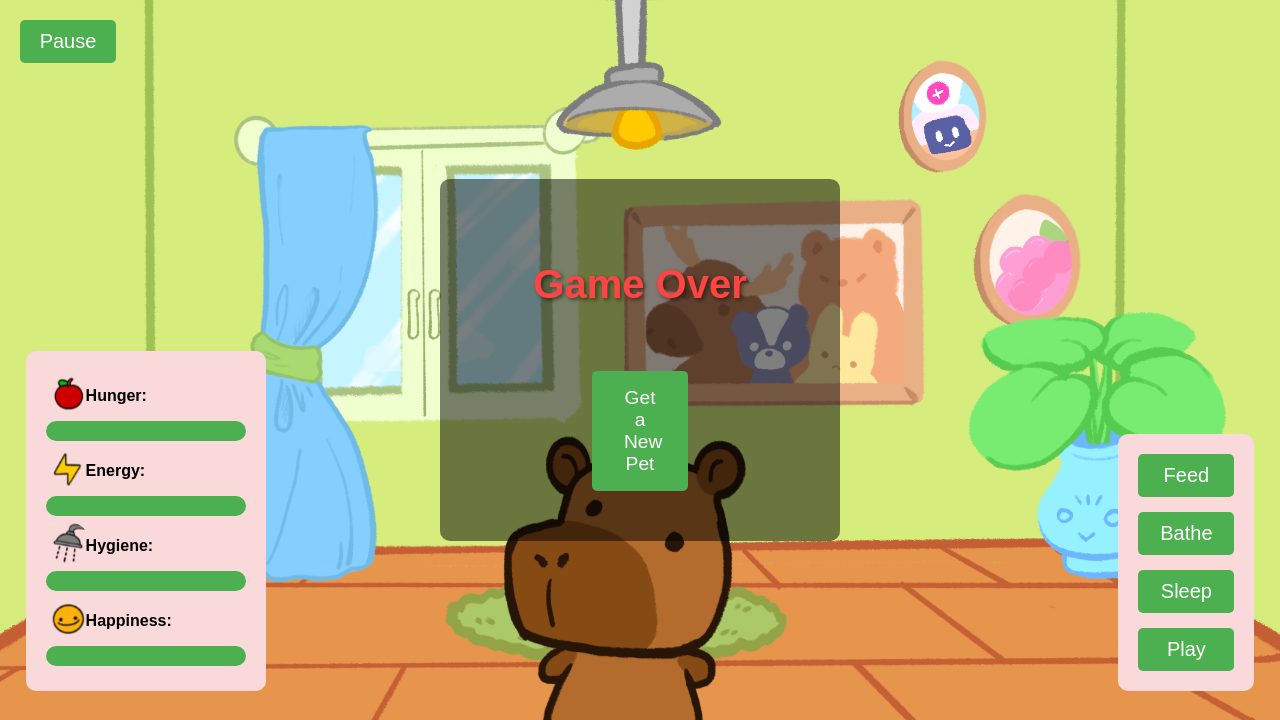
Repository: sarahjx/CapyCare
Page: html/index.html
The author's editor kept a copy of each file at every save. The page is drawn from the files as they stood at one save, then again after the next save.
The browser window is 1280 px wide. The pictures show the whole page.
Some web fonts or font styles are not loaded; a fallback is used.

Above is the page before, as saved 2025-05-01 14:52:22.
Console error: TypeError: Cannot set properties of null (setting 'innerText')

### html/index.html
<!-- @format -->

<!DOCTYPE html>
<html lang="en">
  <head>
    <meta charset="UTF-8" />
    <meta name="viewport" content="width=device-width, initial-scale=1.0" />
    <title>Virtual Pet Game</title>
    <link rel="preconnect" href="https://fonts.googleapis.com">
    <link rel="preconnect" href="https://fonts.gstatic.com" crossorigin>
    <link href="https://fonts.googleapis.com/css2?family=McLaren&display=swap" rel="stylesheet">
    <link rel="stylesheet" href="../css/statusbar.css" />
  </head>
  <body>

    <div class="pet-container">
      <img class="pet-image" src="../images/capybara.png" alt="capybara" />
    </div>

    <div class="status-bar-container">

      <div class="status-bar">
        <div class="status-icon-container">
        <span class="hunger-icon"><img src="../images/hunger.svg" alt="hunger icon"></span>
        <span class="status-label">Hunger:</span>
        </div>
        <div class="status-progress">
          <div id="hunger-fill" class="status-fill"></div>
        </div>
        <div id="hunger-warning" class="warning"></div>
      </div>

      <div class="status-bar">
        <div class="status-icon-container">
        <span class="energy-icon"><img src="../images/energy.svg" alt="energy icon"></span>
        <span class="status-label">Energy:</span>
        </div>
        <div class="status-progress">
          <div id="energy-fill" class="status-fill"></div>
        </div>
        <div id="energy-warning" class="warning"></div>
      </div>

      <div class="status-bar">
        <div class="status-icon-container">
        <span class="hygiene-icon"><img src="../images/hygiene.svg" alt="hygiene icon"></span>
        <span class="status-label">Hygiene:</span>
        </div>
        <div class="status-progress">
          <div id="hygiene-fill" class="status-fill"></div>
        </div>
        <div id="hygiene-warning" class="warning"></div>
      </div>

      <div class="status-bar">
        <div class="status-icon-container">
        <span class="happiness-icon"><img src="../images/happiness.svg" alt="hygiene icon"></span>
        <span class="status-label">Happiness:</span>
        </div>
        <div class="status-progress">
          <div id="happiness-fill" class="status-fill"></div>
        </div>
        <div id="happiness-warning" class="warning"></div>
      </div>
    </div>

      <div class="action-buttons">
        <button onclick="feedPet(currentPet)">Feed</button>
        <button onclick="bathePet(currentPet)">Bathe</button>
        <button onclick="bedtime(currentPet)">Sleep</button>
        <button onclick="touchPet(currentPet)">Play</button>
      </div>
      <button id="pauseButton" onclick="togglePause()" class="pause-button">
        Pause
      </button>
    </div>

    <div id="gameOverScreen" class="game-over-screen">
      <div class="game-over-content">
        <h2>Game Over</h2>
        <p id="gameOverMessage"></p>
        <button onclick="resetGame()">Get a New Pet</button>
      </div>
    </div>

    <script src="../backend/status.js"></script>
  </body>
</html>

### css/statusbar.css
/** @format */

:root {
  --primary-color: #f9d9d9;
  --secondary-color: #d9e7f9;
  --tertiary-color: #fff1fb;
  --accent-color: #f7efd7;
  --text-color: #333;
  --spacing-xs: 0.5rem;
  --spacing-sm: 0.75rem;
  --spacing-md: 1rem;
  --spacing-lg: 1.5rem;
  --spacing-xl: 2rem;
  --spacing-xxl: 3rem;
  --font-family: "McLaren", sans-serif;
  --font-size-xs: 0.75rem;
  --font-size-sm: 0.875rem;
  --font-size-md: 1rem;
  --font-size-lg: 1.125rem;
  --font-size-xl: 1.25rem;
  --font-size-xxl: 1.5rem;
}

body {
  font-family: var(--font-family);
  margin: 0 auto;
  padding: 20px;
  background-image: url("../images/room.png");
  background-size: cover;
  background-repeat: no-repeat;
  background-attachment: fixed;
  background-position: center;
}

.pet-container {
  display: flex;
  flex-direction: column;
  align-items: center;
  justify-content: center;
}

.pet-image {
  transform: scale(0.3);
  position: fixed;
  margin-top: 1200px;
}

.status-bar-container {
  position: fixed;
  background-color: var(--primary-color);
  padding: 20px;
  border-radius: 10px;
  display: inline-flex;
  flex-direction: column;
  bottom: 4%;
  left: 2%;
}

.status-icon-container {
  display: flex;
  align-items: center;
  margin-bottom: 0;
}

.hunger-icon,
.energy-icon,
.happiness-icon,
.hygiene-icon {
  width: 10px;
  height: auto;
  margin-right: 30px;
}

.status-bar {
  margin: 0;
}

.status-label {
  display: inline-block;
  width: 100px;
  font-weight: bold;
  margin: 0;
}

.status-progress {
  width: 200px;
  height: 20px;
  background-color: #ffffff;
  border-radius: 10px;
  overflow: hidden;
  position: relative;
}

.status-fill {
  height: 100%;
  width: 100%;
  position: absolute;
  left: 0;
  top: 0;
  background-color: #4caf50;
  transition: width 0.3s ease;
}

.status-row {
  display: flex;
  align-items: center;
  gap: 10px;
  margin-bottom: 10px;
}

.status-icon {
  width: 24px;
  height: 24px;
}

.status-value {
  min-width: 50px;
  text-align: right;
  font-weight: bold;
  color: #333;
}

.action-buttons {
  margin-top: 20px;
  display: inline-flex;
  flex-direction: column;
  padding: 20px;
  border-radius: 10px;
  gap: 15px;
  background-color: var(--primary-color);
  position: fixed;
  right: 2%;
  bottom: 4%;
}

button {
  padding: 10px;
  border: none;
  border-radius: 5px;
  background-color: #4caf50;
  color: white;
  cursor: pointer;
  transition: background-color 0.3s;
  width: 6rem;
  font-family: var(--font-family);
  font-weight: 7pt;
  font-size: var(--font-size-xl);
}

button:hover {
  background-color: #45a049;
}

.warning {
  color: #ff9800;
  font-weight: bold;
  margin-top: 5px;
}

.critical {
  color: #f44336;
  font-weight: bold;
  margin-top: 5px;
}

.hidden {
  display: none;
}

.game-over-overlay {
  position: fixed;
  top: 0;
  left: 0;
  right: 0;
  bottom: 0;
  width: 100vw;
  height: 100vh;
  background-color: rgba(0, 0, 0, 0.2);
  display: none;
  z-index: 1000;
  margin: 0;
  padding: 0;
}

.game-over-content {
  position: fixed;
  display: flex;
  flex-direction: column;
  justify-content: center;
  align-items: center;
  left: 50%;
  top: 50%;
  transform: translate(-50%, -50%);
  padding: 50px;
  background-color: rgba(0, 0, 0, 0.5);
  color: white;
  border-radius: 10px;
  z-index: 1001;
  min-width: 300px;
}

.game-over-content h2 {
  color: #ff4444;
  font-size: 2.5rem;
  text-align: center;
  margin-bottom: 2rem;
  text-shadow: 2px 2px 4px rgba(0, 0, 0, 0.5);
}

.game-over-content button {
  padding: 1rem 2rem;
  font-size: 1.2rem;
  background-color: #4caf50;
  color: white;
  border: none;
  border-radius: 5px;
  cursor: pointer;
  transition: background-color 0.3s;
}

.game-over-content button:hover {
  background-color: #45a049;
}

### backend/status.js
/** @format */

function Personality(favFood, active, clean, clingy, foodLover, introText) {
  this.favFood = favFood;
  this.active = active;
  this.clean = clean;
  this.clingy = clingy;
  this.foodLover = foodLover;
  this.intro = introText;
}

const mix1 = new Personality(
  "Sunfruit",
  true,
  true,
  true,
  true,
  "This pet is energetic and playful, always ready to explore or play. They love the taste of Sunfruit and will happily eat it when offered, but they'll need constant attention, so expect lots of petting and cuddling. Despite their active nature, they stay clean and are easy to bathe. This pet loves affection and will return it in kind!"
);
const mix2 = new Personality(
  "Snakberry",
  true,
  true,
  false,
  true,
  "This pet is full of energy and loves to make the most of their days. They are particularly fond of Snakberries, which they will devour happily, but they tend to get hungry more often due to their high energy levels. Despite their active nature, they keep themselves clean and are easy to bathe. They're not overly clingy, so while they'll happily spend time with you, they won't be demanding affection constantly."
);
const mix3 = new Personality(
  "Dreamleaf",
  false,
  false,
  true,
  false,
  "This pet is laid-back and enjoys spending time with you, always seeking your company. They love Dreamleaf as a treat, but they're not particularly food-driven and don't get hungry as often. While they may get a little dirty from time to time, they tend to move around when you try to bathe them. Expect them to seek out your attention frequently, and be ready to shower them with love when they come to you for pets."
);

const personalities = [mix1, mix2, mix3];

// Global variables
let currentPet = null;
let hunger = 100;
let energy = 100;
let hygiene = 100;
let happiness = 100;
let isGameOver = false;
let isPaused = false;

// Store interval IDs globally
let hungerInterval = null;
let energyInterval = null;
let hygieneInterval = null;
let happinessInterval = null;

// Initialize the game
function initializeGame() {
  currentPet = getRandomPersonality();
  hunger = 100;
  energy = 100;
  hygiene = 100;
  happiness = 100;
  updateStatusBars();
  updateIntervals();
}

function getRandomPersonality() {
  const randomIndex = Math.floor(Math.random() * personalities.length);
  currentPet = personalities[randomIndex];
  console.log("New pet initialized:", currentPet.intro);
  return currentPet;
}

// Personality-based status decrease functions
function decreaseHunger() {
  if (!currentPet || isGameOver) return;
  const decreaseAmount = currentPet.foodLover ? 15 : 10;
  hunger = Math.max(0, hunger - decreaseAmount);
  updateStatusBars();
  if (hunger === 0 && checkGameOver()) return;
}

function decreaseEnergy() {
  if (!currentPet || isGameOver) return;
  const decreaseAmount = currentPet.active ? 15 : 10;
  energy = Math.max(0, energy - decreaseAmount);
  updateStatusBars();
  if (energy === 0 && checkGameOver()) return;
}

function decreaseHygiene() {
  if (!currentPet || isGameOver) return;
  const decreaseAmount = currentPet.clean ? 8 : 12;
  hygiene = Math.max(0, hygiene - decreaseAmount);
  updateStatusBars();
  if (hygiene === 0 && checkGameOver()) return;
}

function decreaseHappiness() {
  if (!currentPet || isGameOver) return;
  const decreaseAmount = currentPet.clingy ? 15 : 10;
  happiness = Math.max(0, happiness - decreaseAmount);
  updateStatusBars();
  if (happiness === 0 && checkGameOver()) return;
}

// Update intervals with personality-based timing
function updateIntervals() {
  // Clear any existing intervals
  if (hungerInterval) clearInterval(hungerInterval);
  if (energyInterval) clearInterval(energyInterval);
  if (hygieneInterval) clearInterval(hygieneInterval);
  if (happinessInterval) clearInterval(happinessInterval);

  // Set new intervals based on personality
  hungerInterval = setInterval(
    () => {
      decreaseHunger();
      warning();
    },
    currentPet.foodLover ? 6000 : 8000
  );

  energyInterval = setInterval(
    () => {
      decreaseEnergy();
      warning();
    },
    currentPet.active ? 8000 : 12000
  );

  hygieneInterval = setInterval(
    () => {
      decreaseHygiene();
      warning();
    },
    currentPet.clean ? 18000 : 15000
  );

  happinessInterval = setInterval(
    () => {
      decreaseHappiness();
      warning();
    },
    currentPet.clingy ? 8000 : 10000
  );

  console.log("Intervals updated for pet:", currentPet.intro);
}

// Pause game function
function pauseGame() {
  if (hungerInterval) clearInterval(hungerInterval);
  if (energyInterval) clearInterval(energyInterval);
  if (hygieneInterval) clearInterval(hygieneInterval);
  if (happinessInterval) clearInterval(happinessInterval);
  console.log("Game paused");
}

// Resume game function
function resumeGame() {
  updateIntervals();
  console.log("Game resumed");
}

function touchPet(personality) {
  if (personality.clingy) {
    gainStatus("happiness");
    console.log("Your pet loves the attention!");
  } else {
    loseStatus("happiness");
    console.log("Your pet prefers their space.");
  }
}

function feedPet(personality) {
  gainStatus("hunger"); // Always increase hunger
  if (personality.foodLover) {
    gainStatus("happiness");
    console.log("Your pet loves the food!");
  } else {
    loseStatus("happiness");
    console.log("Your pet isn't very interested in food.");
  }
}

function bathePet(personality) {
  gainStatus("hygiene"); // Always increase hygiene
  if (personality.clean) {
    gainStatus("happiness");
    console.log("Your pet enjoys being clean!");
  } else {
    loseStatus("happiness");
    console.log("Your pet doesn't like baths.");
  }
}

function bedtime(personality) {
  const petImage = document.querySelector(".pet-image");
  if (petImage) {
    // Store the current image to return to
    const currentImage = petImage.src;

    // Show sleeping animation
    petImage.src = "../images/Sleep.PNG";

    // After 3 seconds, restore the previous state
    setTimeout(() => {
      updatePetImage();
    }, 3000);
  }

  gainStatus("energy"); // Always increase energy
  if (personality.active) {
    loseStatus("happiness");
    console.log("Your pet is too energetic to sleep!");
  } else {
    gainStatus("happiness");
    console.log("Your pet enjoys resting.");
  }
}

function gainStatus(category) {
  switch (category) {
    case "hunger":
      if (hunger >= 100) {
        console.log("Hunger is full!");
      } else if (hunger < 100) {
        hunger += 10;
        console.log("Hunger: " + hunger);
      }
      break;
    case "energy":
      if (energy >= 100) {
        console.log("Energy is full!");
      } else if (energy < 100) {
        energy += 10;
        console.log("Energy: " + energy);
      }
      break;
    case "hygiene":
      if (hygiene >= 100) {
        console.log("Hygiene is full!");
      } else if (hygiene < 100) {
        hygiene += 10;
        console.log("Hygiene: " + hygiene);
      }
      break;
    case "happiness":
      if (happiness >= 100) {
        console.log("Happiness is full!");
      } else if (happiness < 100) {
        happiness += 10;
        console.log("Happiness: " + happiness);
      }
      break;
    default:
      console.log("Invalid category");
  }
}

function loseStatus(category) {
  switch (category) {
    case "hunger":
      if (hunger <= 0) {
        console.log("Hunger is empty!");
        hunger = 0;
      } else if (hunger > 0) {
        hunger -= 10;
        console.log("Hunger: " + hunger);
      }
      break;
    case "energy":
      if (energy <= 0) {
        console.log("Energy is empty!");
        energy = 0;
      } else if (energy > 0) {
        energy -= 10;
        console.log("Energy: " + energy);
      }
      break;
    case "hygiene":
      if (hygiene <= 0) {
        console.log("Hygiene is empty!");
        hygiene = 0;
      } else if (hygiene > 0) {
        hygiene -= 10;
        console.log("Hygiene: " + hygiene);
      }
      break;
    case "happiness":
      if (happiness <= 0) {
        console.log("Happiness is empty!");
        happiness = 0;
      } else if (happiness > 0) {
        happiness -= 3;
        console.log("Happiness: " + happiness);
      }
      break;
    default:
      console.log("Invalid category");
  }
}

function warning() {
  // Hunger warnings
  if (hunger <= 50 && hunger > 20) {
    document.getElementById("hunger-warning").textContent =
      "Your pet is getting hungry!";
    document.getElementById("hunger-warning").className = "warning";
  } else if (hunger <= 20 && hunger > 0) {
    document.getElementById("hunger-warning").textContent =
      "Your pet is starving!";
    document.getElementById("hunger-warning").className = "critical";
  } else {
    document.getElementById("hunger-warning").textContent = "";
  }

  // Energy warnings
  if (energy <= 50 && energy > 20) {
    document.getElementById("energy-warning").textContent =
      "Your pet is getting tired!";
    document.getElementById("energy-warning").className = "warning";
  } else if (energy <= 20 && energy > 0) {
    document.getElementById("energy-warning").textContent =
      "Your pet is exhausted!";
    document.getElementById("energy-warning").className = "critical";
  } else {
    document.getElementById("energy-warning").textContent = "";
  }

  // Hygiene warnings
  if (hygiene <= 50 && hygiene > 20) {
    document.getElementById("hygiene-warning").textContent =
      "Your pet needs a bath!";
    document.getElementById("hygiene-warning").className = "warning";
  } else if (hygiene <= 20 && hygiene > 0) {
    document.getElementById("hygiene-warning").textContent =
      "Your pet is filthy!";
    document.getElementById("hygiene-warning").className = "critical";
  } else {
    document.getElementById("hygiene-warning").textContent = "";
  }

  // Happiness warnings
  if (happiness <= 50 && happiness > 20) {
    document.getElementById("happiness-warning").textContent =
      "Your pet is getting sad!";
    document.getElementById("happiness-warning").className = "warning";
  } else if (happiness <= 20 && happiness > 0) {
    document.getElementById("happiness-warning").textContent =
      "Your pet is depressed!";
    document.getElementById("happiness-warning").className = "critical";
  } else {
    document.getElementById("happiness-warning").textContent = "";
  }
}

function checkGameOver() {
  if (hunger <= 0 || energy <= 0 || hygiene <= 0 || happiness <= 0) {
    isGameOver = true;
    pauseGame();
    showGameOver();
    return true;
  }
  return false;
}

function showGameOver() {
  let reason = "";
  if (hunger <= 0) reason = "Your pet starved to death!";
  else if (energy <= 0) reason = "Your pet died from exhaustion!";
  else if (hygiene <= 0) reason = "Your pet died from poor hygiene!";
  else if (happiness <= 0) reason = "Your pet died from sadness!";

  console.log("GAME OVER: " + reason);
  document.getElementById("gameOverMessage").textContent = reason;
  document.getElementById("gameOverOverlay").style.display = "block";
  document.getElementById("gameOverContent").style.display = "flex";
}

function resetGame() {
  isGameOver = false;
  hunger = 100;
  energy = 100;
  hygiene = 100;
  happiness = 100;
  document.getElementById("gameOverOverlay").style.display = "none";
  document.getElementById("gameOverContent").style.display = "none";
  currentPet = getRandomPersonality();
  updateStatusBars();
  updateIntervals();
}

function togglePause() {
  isPaused = !isPaused;
  const pauseButton = document.getElementById("pauseButton");
  const buttons = document.querySelectorAll(
    ".buttons button:not(#pauseButton)"
  );

  if (isPaused) {
    pauseButton.textContent = "Resume";
    pauseButton.classList.add("paused");
    buttons.forEach((button) => (button.disabled = true));
    pauseGame();
  } else {
    pauseButton.textContent = "Pause";
    pauseButton.classList.remove("paused");
    buttons.forEach((button) => (button.disabled = false));
    resumeGame();
  }
}

// Update status bars
function updateStatusBars() {
  // Update the width of each status bar
  document.getElementById("hunger-fill").style.width = hunger + "%";
  document.getElementById("energy-fill").style.width = energy + "%";
  document.getElementById("happiness-fill").style.width = happiness + "%";
  document.getElementById("hygiene-fill").style.width = hygiene + "%";

  // Update pet image based on status
  updatePetImage();
}

// Override console.log to update UI
const originalConsoleLog = console.log;
console.log = function () {
  originalConsoleLog.apply(console, arguments);
  updateStatusBars();
};

// Simple toggle function
function toggleActions() {
  document.getElementById("action-buttons-column").classList.toggle("hidden");
  document.getElementById("toggle-button").classList.toggle("hidden");
}

// Initialize the game when the page loads
window.addEventListener("load", function () {
  initializeGame();
  // Update status bars every second
  setInterval(updateStatusBars, 1000);
});

// stopwatch

let [hours, minutes, seconds] = [0, 0, 0];
let timer = null;

function updateDisplay() {
  document.getElementById("display").innerText =
    `${String(hours).padStart(2, "0")}:` +
    `${String(minutes).padStart(2, "0")}:` +
    `${String(seconds).padStart(2, "0")}`;
}

function stopwatch() {
  seconds++;
  if (seconds === 60) {
    seconds = 0;
    minutes++;
    if (minutes === 60) {
      minutes = 0;
      hours++;
    }
  }
  updateDisplay();
}

function start() {
  if (timer !== null) return;
  timer = setInterval(stopwatch, 1000);
}

function stop() {
  clearInterval(timer);
  timer = null;
}

function reset() {
  stop();
  [hours, minutes, seconds] = [0, 0, 0];
  updateDisplay();
}

updateDisplay();

function updatePetImage() {
  const petImage = document.querySelector(".pet-image");
  if (!petImage) return;

  // Check if any status is 0 (dead)
  if (hunger <= 0 || energy <= 0 || hygiene <= 0 || happiness <= 0) {
    petImage.src = "../images/Fuckingdead.PNG";
    return;
  }

  // Check for multiple states
  if (hunger <= 60 && hygiene <= 60 && energy <= 60) {
    petImage.src = "../images/Dirty:Hungry:Tired.PNG";
  } else if (hunger <= 60 && hygiene <= 60) {
    petImage.src = "../images/Dirty:hungry.PNG";
  } else if (hunger <= 60 && energy <= 60) {
    petImage.src = "../images/Hungry:Tired.PNG";
  } else if (hygiene <= 60 && energy <= 60) {
    petImage.src = "../images/Dirty:Tired.PNG";
  } else if (energy <= 60) {
    petImage.src = "../images/Sleepy.PNG";
  } else if (hunger <= 60) {
    petImage.src = "../images/Hungry.PNG";
  } else if (hygiene <= 60) {
    petImage.src = "../images/Dirty.PNG";
  } else {
    petImage.src = "../images/Idle.PNG";
  }
}

After the next save:
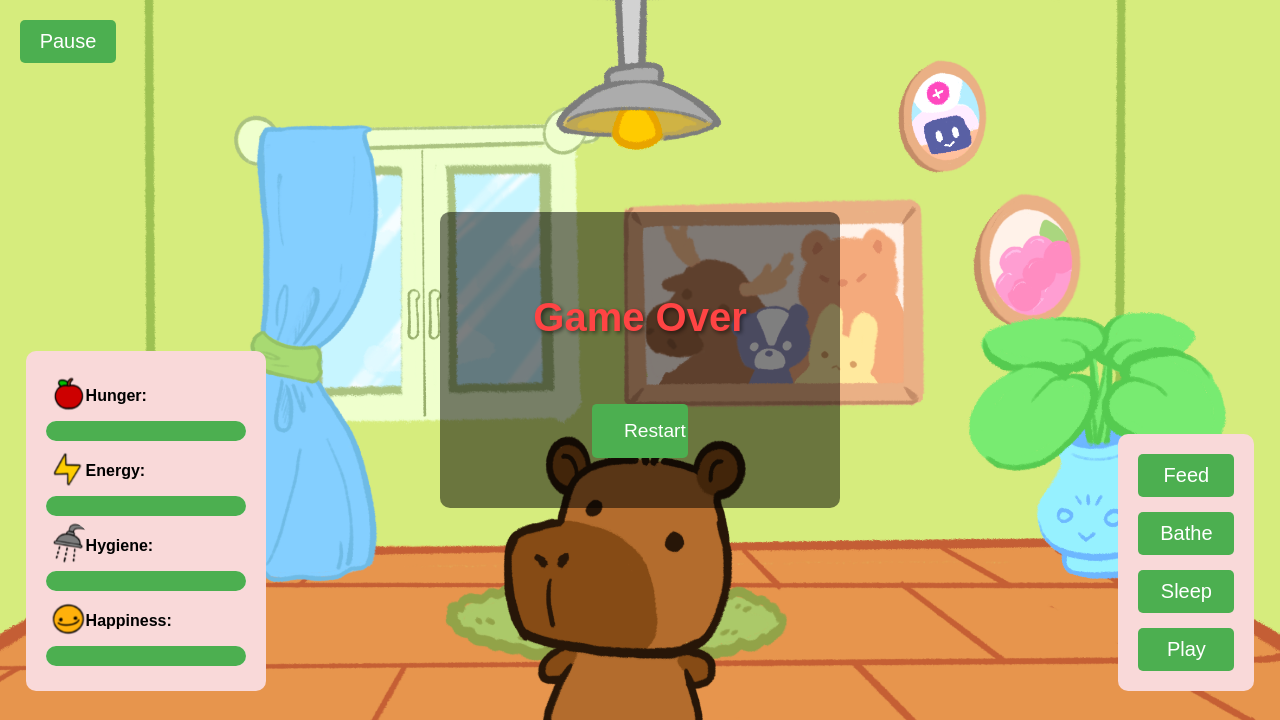
Saved 18 s later.
--- a/html/index.html
+++ b/html/index.html
@@ -79,7 +79,7 @@
       <div class="game-over-content">
         <h2>Game Over</h2>
         <p id="gameOverMessage"></p>
-        <button onclick="resetGame()">Get a New Pet</button>
+        <button onclick="resetGame()">Restart</button>
       </div>
     </div>
 
